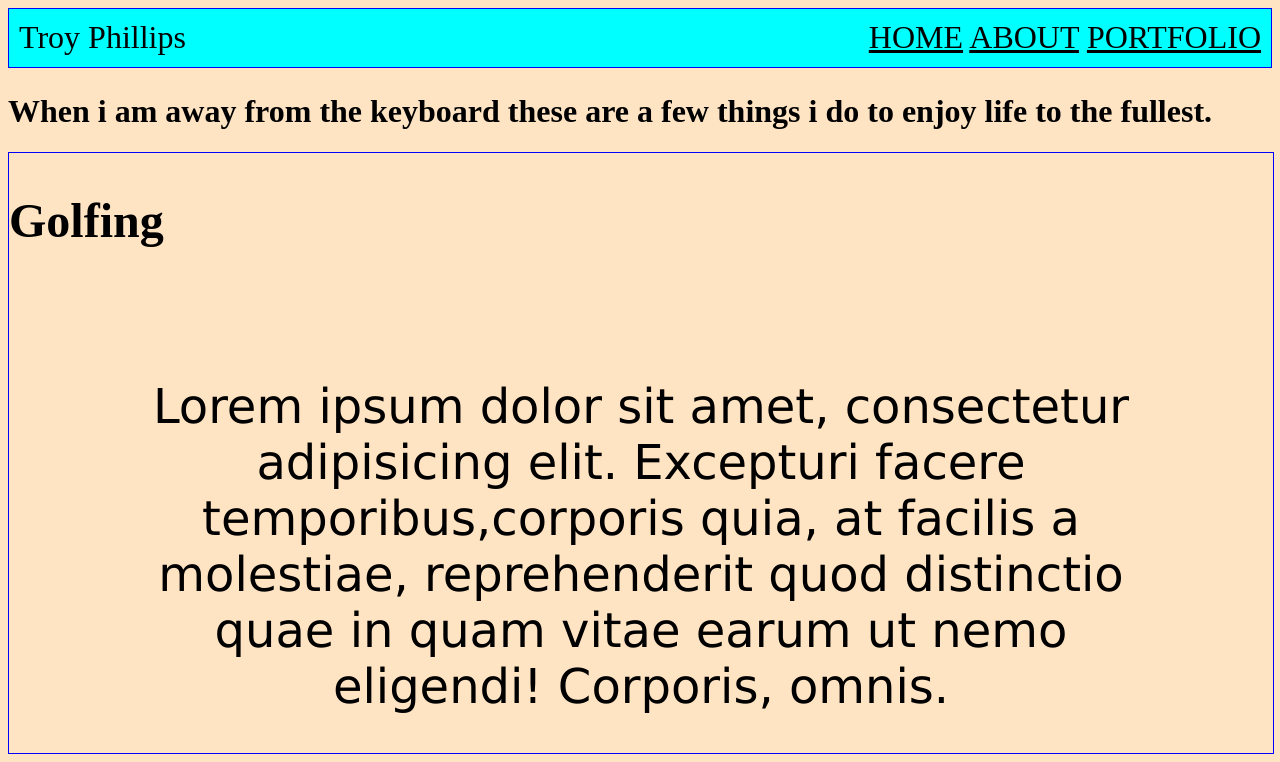
Repository: TheTroyPhillips/Personal-website
Page: about.html
These files come from the project's save history. The page is drawn as it stood at one moment and after the next save; the edit follows.
The browser window is 1280 px wide. The pictures show the whole page.

Above is the page before, as saved 2023-09-10 22:21:49.

### about.html
<!DOCTYPE html>
<html lang="en">
<head>
    <meta charset="UTF-8">
    <meta name="viewport" content="width=device-width, initial-scale=1.0">
    <title>Document</title>
    <link rel="stylesheet" href="style.css">
</head>
<body>
    <div class="parent">
        <div class="child">
            <span class="myname">Troy Phillips</span>
        <nav class="pages">
            <a class="active" href="/">HOME</a>
            <a href="/about.html">ABOUT</a>
            <a href="/portfolio.html">PORTFOLIO</a>
        </div>
        <h1 class="about">When i am away from the keyboard these are
            a few things i do to enjoy life to the fullest.</h1>
        <div class="childb">
            <section>
                <h2>Golfing</h2>
                <p class="pa">Lorem ipsum dolor sit amet, consectetur adipisicing elit. Excepturi facere
                     temporibus,corporis quia, at facilis a molestiae, reprehenderit quod
                      distinctio quae in quam vitae earum ut nemo eligendi! Corporis, omnis.</p>
         </div>
</body>
</html>

### style.css
.child{
    width: 100%;
    height: 60px;
    border: 1px solid blue;
    display: inline-block;
    box-sizing: border-box;
    background-color: aqua;
    padding: 10px;
}
.childb{
    width: 100%;
    height: 600px;
    border: 1px solid blue
}
.myname{
    float: left;
    font-size: 2rem;
}
.pages{
    float: right;
    font-size: 2rem;
}
.pages a.active{
    color: inherit;
}
.pages a{
    color: inherit;
}
body{
    background-color: bisque;
}
main{
    text-align: center;
    margin-left: 5%;
    margin-right: 5%;
    font-size: 1.8rem;
}
p{
    text-align: center;
    font-size: 3rem;
    font-family: Verdana, Geneva, Tahoma, sans-serif;
    margin: 130px;
}
h2{
    font-size: 3rem;
}

After the next save:
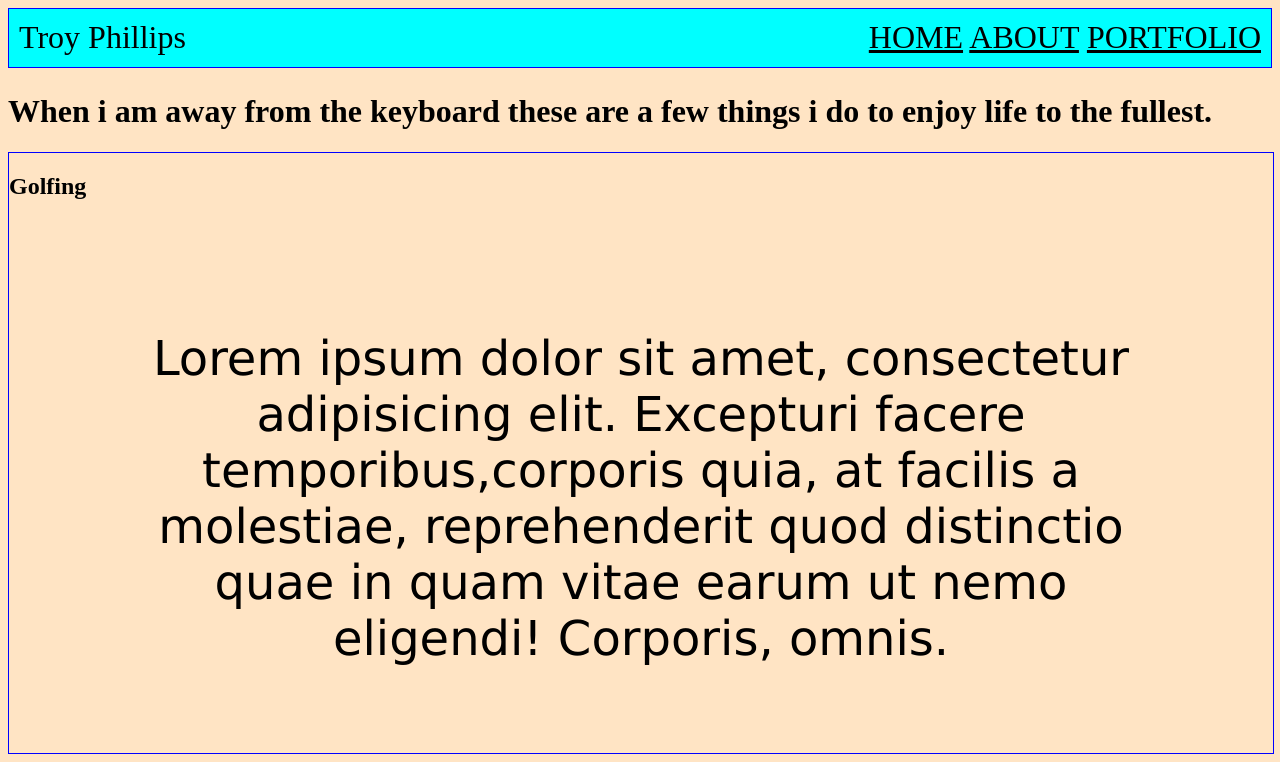
Saved 57 s later.
--- a/style.css
+++ b/style.css
@@ -41,6 +41,7 @@ p{
     font-family: Verdana, Geneva, Tahoma, sans-serif;
     margin: 130px;
 }
+.pa
 h2{
     font-size: 3rem;
 }
